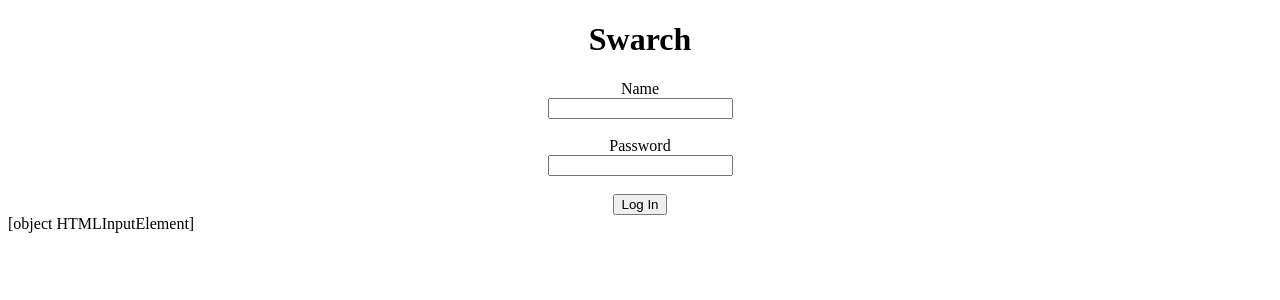
Repository: putty174/Swarch
Page: Swarch/index.htm
An editor plug-in stored every save of this project. The page is shown before and after the next save, followed by the edit.
The browser window is 1280 px wide. The pictures show the whole page.

Above is the page before, as saved 2014-04-12 06:19:29.

After the next save:
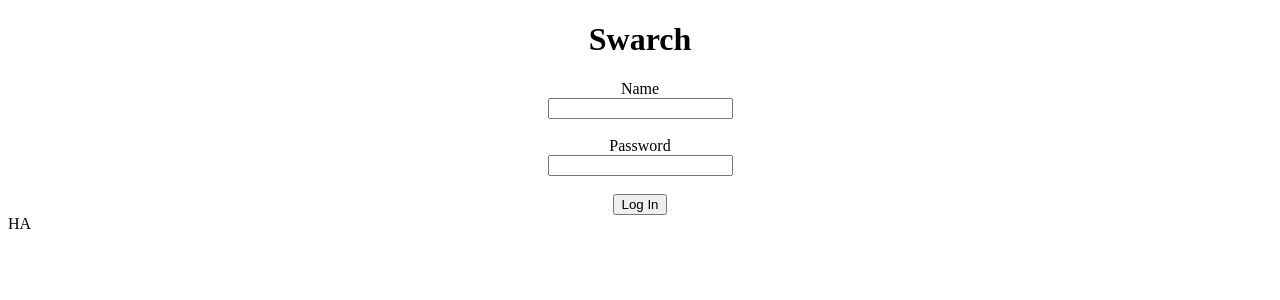
Saved 6 s later.
--- a/Swarch/swarch.js
+++ b/Swarch/swarch.js
@@ -1,3 +1,3 @@
 
-var name = document.getElementById("NAME") || "HA";
+var name = "HA";
 document.write(name);
